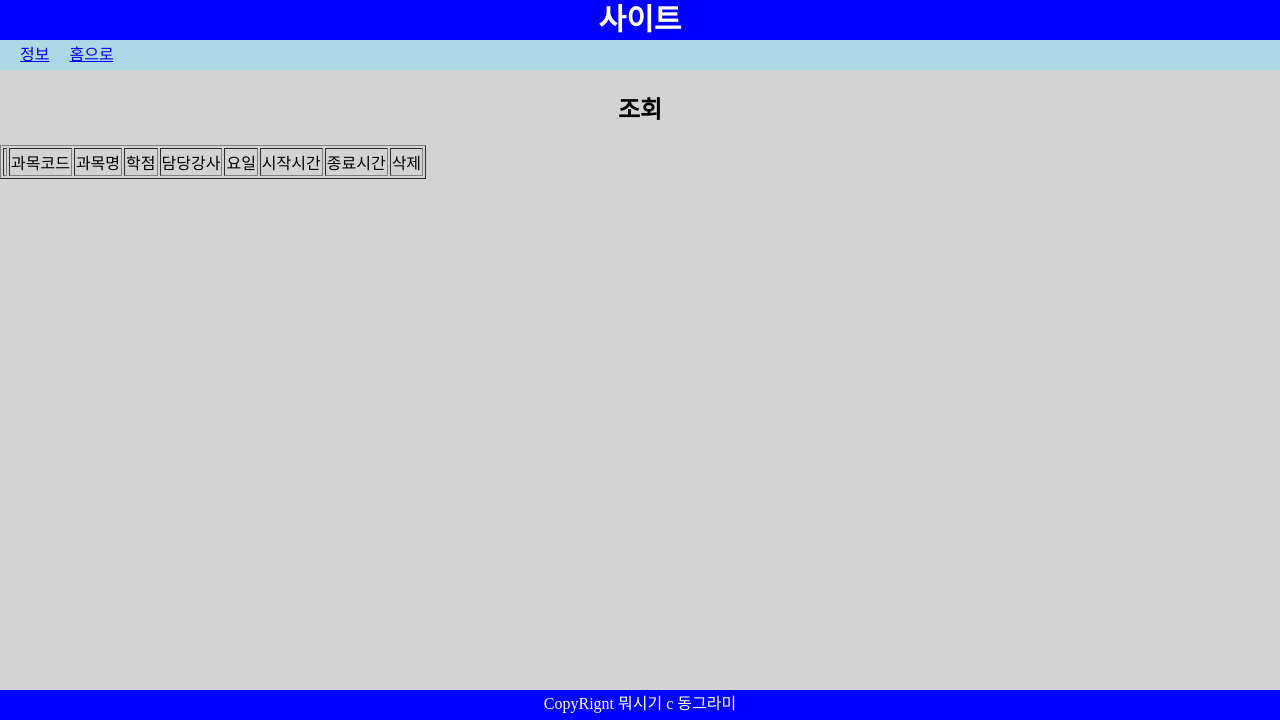
Repository: ImGaram/til
Page: http://localhost/practice/soqn/list.jsp
The author's editor kept a copy of each file at every save. The page is drawn from the files as they stood at one save, then again after the next save.
The browser window is 1280 px wide. The pictures show the whole page.
The page is served by Tomcat 9.

Above is the page before, as saved 2022-06-28 11:51:31.

After the next save:
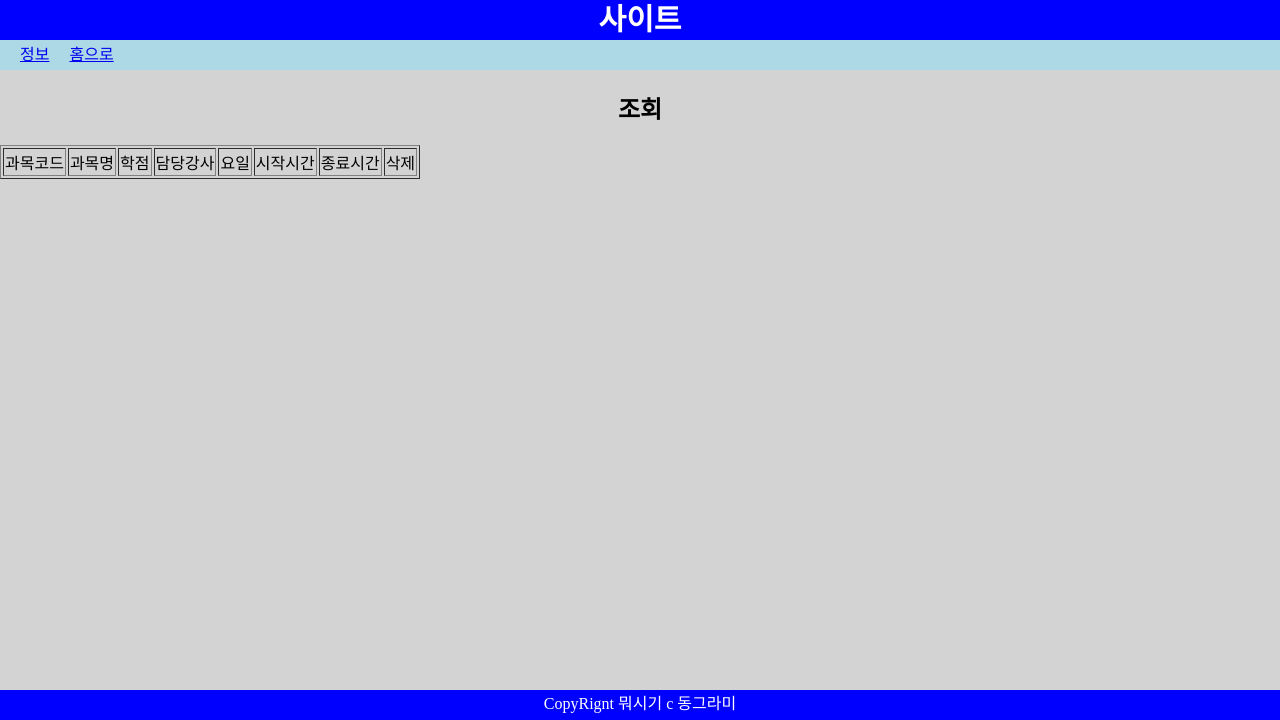
Saved 27 s later.
--- a/2학년 jsp(화면구현)/practice/src/main/webapp/soqn/list.jsp
+++ b/2학년 jsp(화면구현)/practice/src/main/webapp/soqn/list.jsp
@@ -11,7 +11,7 @@
 <section style="position:fixed; top:70px; left:0; width:100%; height:100%; background:lightgray;">
 <h2 style="text-align:center">조회</h2>
 <table border="1">
-<td>
+<tr>
 <td>과목코드</td>
 					<td>과목명</td>
 					<td>학점</td>
@@ -20,7 +20,7 @@
 					<td>시작시간</td>
 					<td>종료시간</td>
 					<td>삭제</td>
-</td>
+</tr>
 </table>
 </section>
 <jsp:include page="footer.jsp"></jsp:include>
